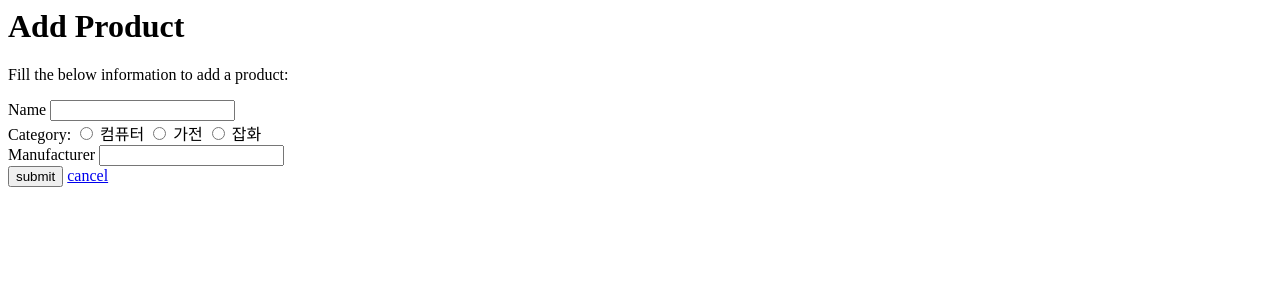
Repository: JHeart/Spring
Page: http://localhost/eStore/WEB-INF/views/addProduct.jsp
An editor plug-in stored every save of this project. The page is shown before and after the next save, followed by the edit.
The browser window is 1280 px wide. The pictures show the whole page.
The page is served by Tomcat 9. Nobody is signed in. The template is opened directly, without the code that normally fills it, so the values that code supplies are empty.

Above is the page before, as saved 2018-03-24 09:27:16.

After the next save:
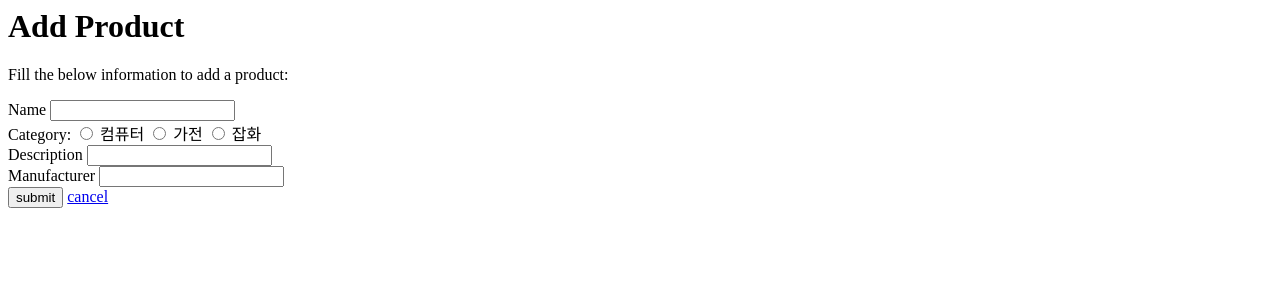
Saved 105 s later.
--- a/workspace/eStore/src/main/webapp/WEB-INF/views/addProduct.jsp
+++ b/workspace/eStore/src/main/webapp/WEB-INF/views/addProduct.jsp
@@ -28,6 +28,11 @@
 			</div>
 
 			<div class="form-group">
+				<label for="description">Description</label>
+				<sf:input path="manufacturer" id="manufacturer" class="form-control" />
+			</div>
+
+			<div class="form-group">
 				<label for="manufacturer">Manufacturer</label>
 				<sf:input path="manufacturer" id="manufacturer" class="form-control" />
 			</div>
